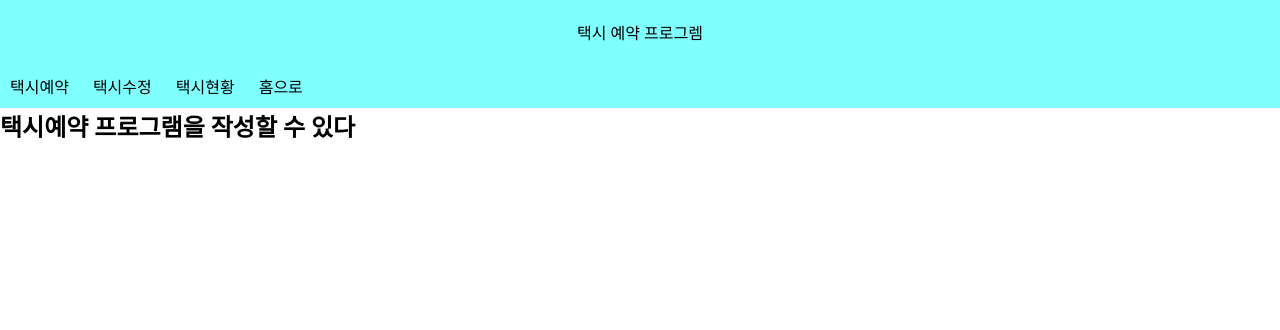
Repository: juntae710/acorn_web
Page: http://localhost/prj0828/택시/index.jsp
An editor plug-in stored every save of this project. The page is shown before and after the next save, followed by the edit.
The browser window is 1280 px wide. The pictures show the whole page.
The page is served by Tomcat 9. Other server files are loaded and not shown.

Above is the page before, as saved 2023-08-28 02:51:16.

### prj0828/src/main/webapp/택시/index.jsp
<%@ page language="java" contentType="text/html; charset=UTF-8"
    pageEncoding="UTF-8"%>
<!DOCTYPE html>
<html>
<head>
<meta charset="UTF-8">
<title>Insert title here</title>
<link href="./css/index.css" rel="stylesheet"/>
</head>
<body>
<header>
 택시 예약 프로그렘
</header>
<nav>
<ul>
<li>택시예약</li>
<li>택시수정</li>
<li>택시현황</li>
<li>홈으로</li>
</ul>

</nav>
<section>
<h2>택시예약 프로그램을 작성할 수 있다 </h2>
<ol>
<li></li>
<li></li>
<li></li>
<li></li>
</ol>
</section>
<footer></footer>

<!-- 태그 : 쌍으로 (열리는태그 , 닫히는 태그) <h2></h2>
단독으로 사용되는 태그:
<img src =""/> -->
</body>
</html>

### prj0828/src/main/webapp/css/index.css
@charset "UTF-8";
*{
	padding: 0px;
	margin: 0px;
}
header{
	padding: 20px;
	/*color: blue;*/
	background-color: rgb(128, 255, 255);
	text-align: center;
}
nav{
	padding: 10px;
	/*color: blue;*/
	background-color: rgb(128, 255, 255);
	/*text-align: center;*/
}
ul{
	list-style: none;
}
ul > li{
	display: inline-block;
	padding-right: 20px;
}

After the next save:
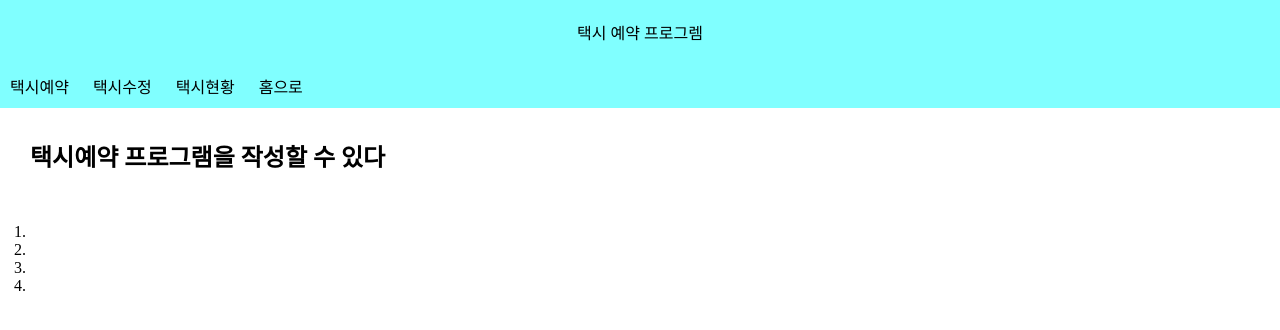
Saved 53 min 40 s later.
--- a/prj0828/src/main/webapp/css/index.css
+++ b/prj0828/src/main/webapp/css/index.css
@@ -22,3 +22,13 @@
 	display: inline-block;
 	padding-right: 20px;
 }
+section{
+	height: 500px;
+	padding: 30px;
+}
+section ol{
+	margin-top: 50px;
+}
+footer{
+	background-color:  rgb(128, 255, 255);
+}
